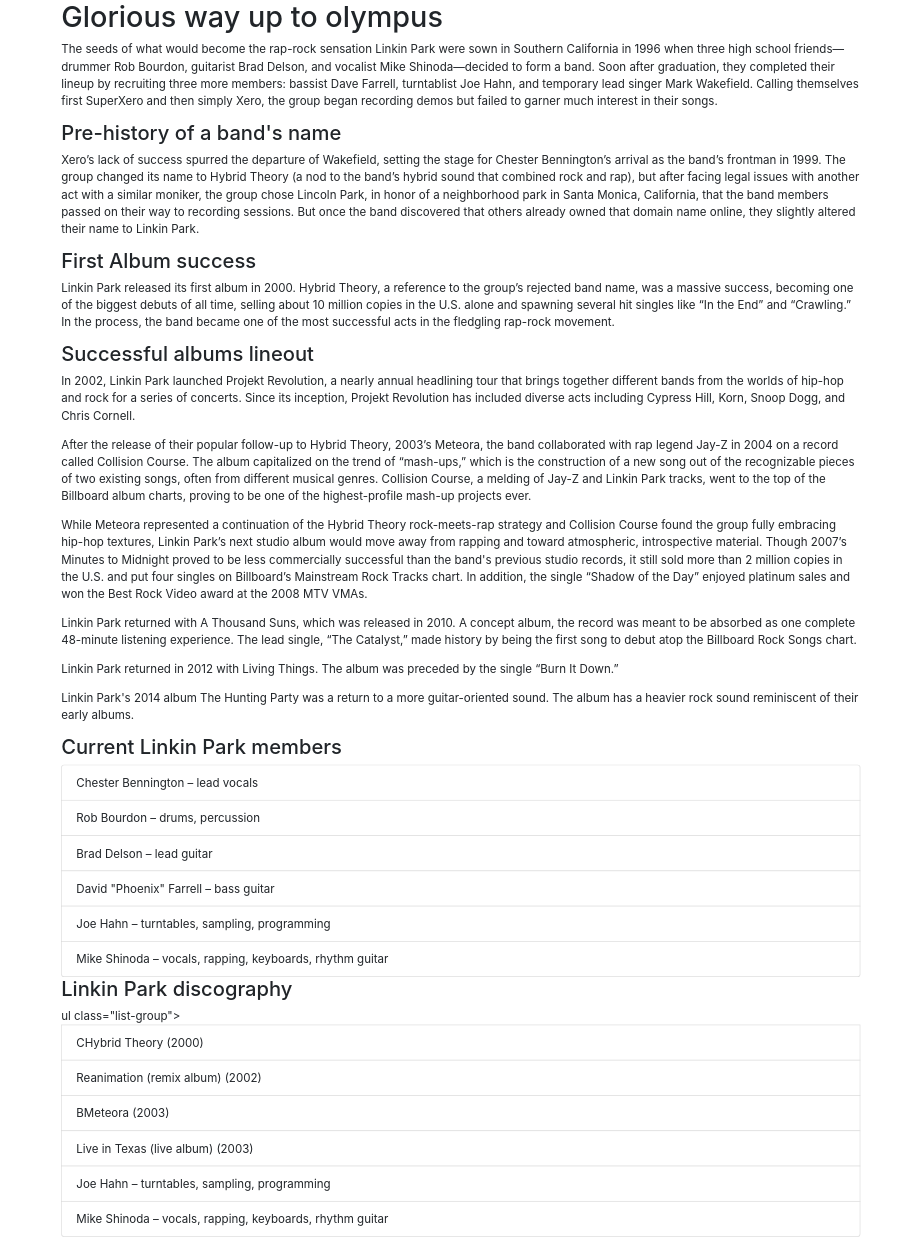
Repository: vaida898/website
Page: index.html
The author's editor kept a record of every edit. The page is drawn from the files as they stood at one moment, then again after the next edit.
The browser window is 1280 px wide. The pictures show the whole page, at 72% of full size.

Above is the page before.
Console error: TypeError: Cannot read properties of undefined (reading 'fn')

After the next edit:
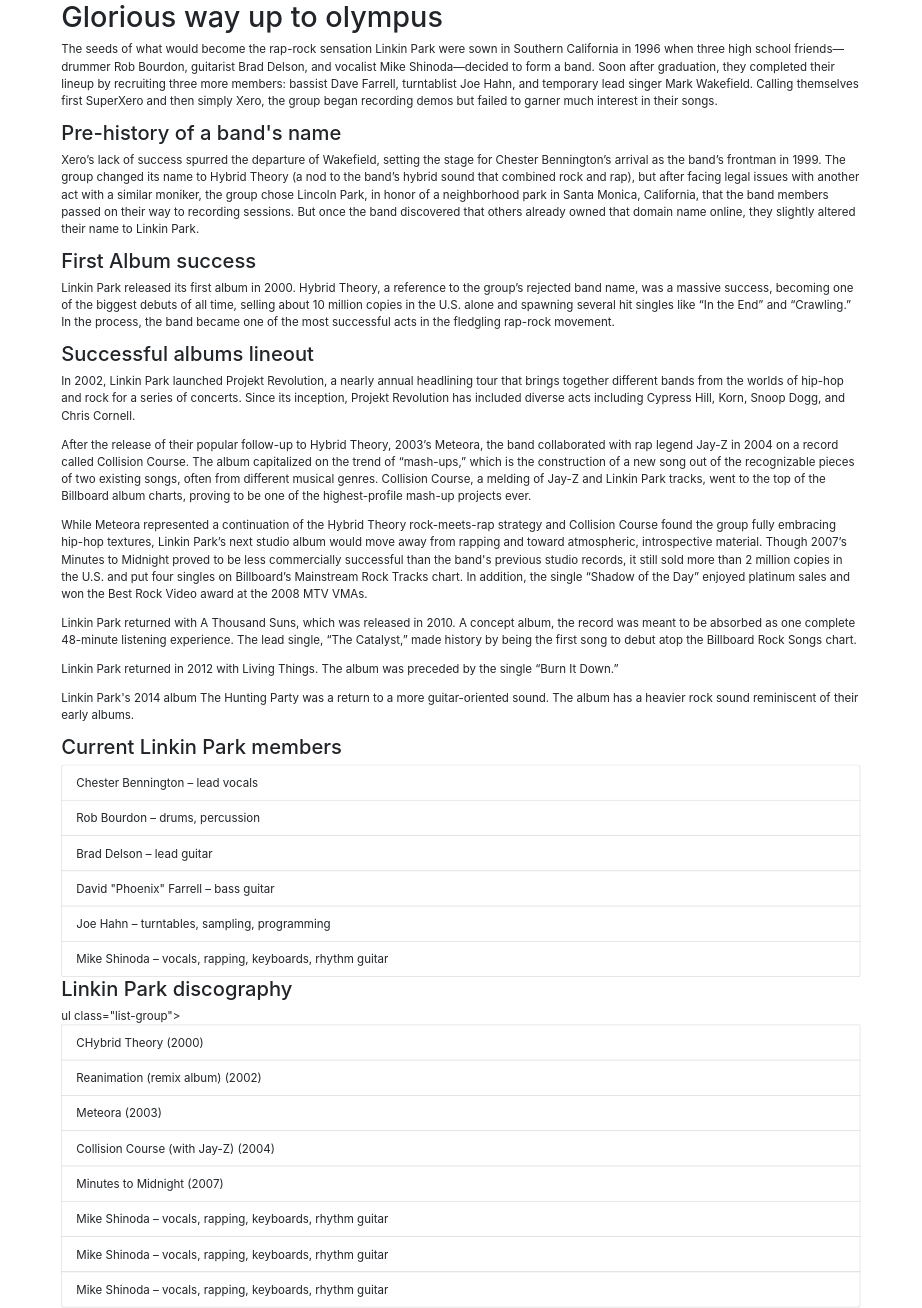
The edit:
--- a/index.html
+++ b/index.html
@@ -73,9 +73,11 @@
                 ul class="list-group">
                   <li class="list-group-item">CHybrid Theory (2000)</li>
                   <li class="list-group-item">Reanimation (remix album) (2002)</li>
-                  <li class="list-group-item">BMeteora (2003)</li>
-                  <li class="list-group-item">Live in Texas (live album) (2003)</li>
-                  <li class="list-group-item">Joe Hahn – turntables, sampling, programming</li>
+                  <li class="list-group-item">Meteora (2003)</li>
+                  <li class="list-group-item">Collision Course (with Jay-Z) (2004)</li>
+                  <li class="list-group-item">Minutes to Midnight (2007)</li>
+                  <li class="list-group-item">Mike Shinoda – vocals, rapping, keyboards, rhythm guitar</li>
+                  <li class="list-group-item">Mike Shinoda – vocals, rapping, keyboards, rhythm guitar</li>
                   <li class="list-group-item">Mike Shinoda – vocals, rapping, keyboards, rhythm guitar</li>
                 </ul>
         </section>
